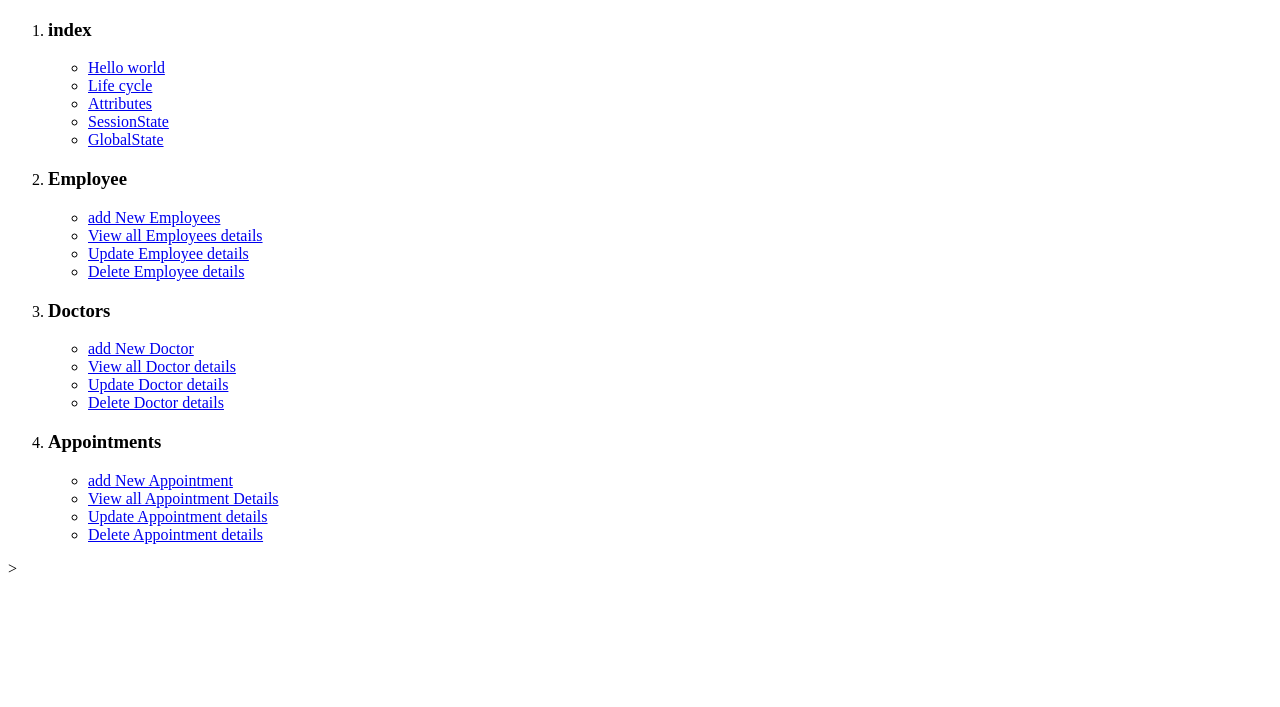
Repository: rameshraj97/Core-java
Page: firstWebsite/src/main/webapp/Index1.html
An editor plug-in stored every save of this project. The page is shown before and after the next save, followed by the edit.
The browser window is 1280 px wide. The pictures show the whole page.

Above is the page before, as saved 2022-05-23 09:53:55.

After the next save:
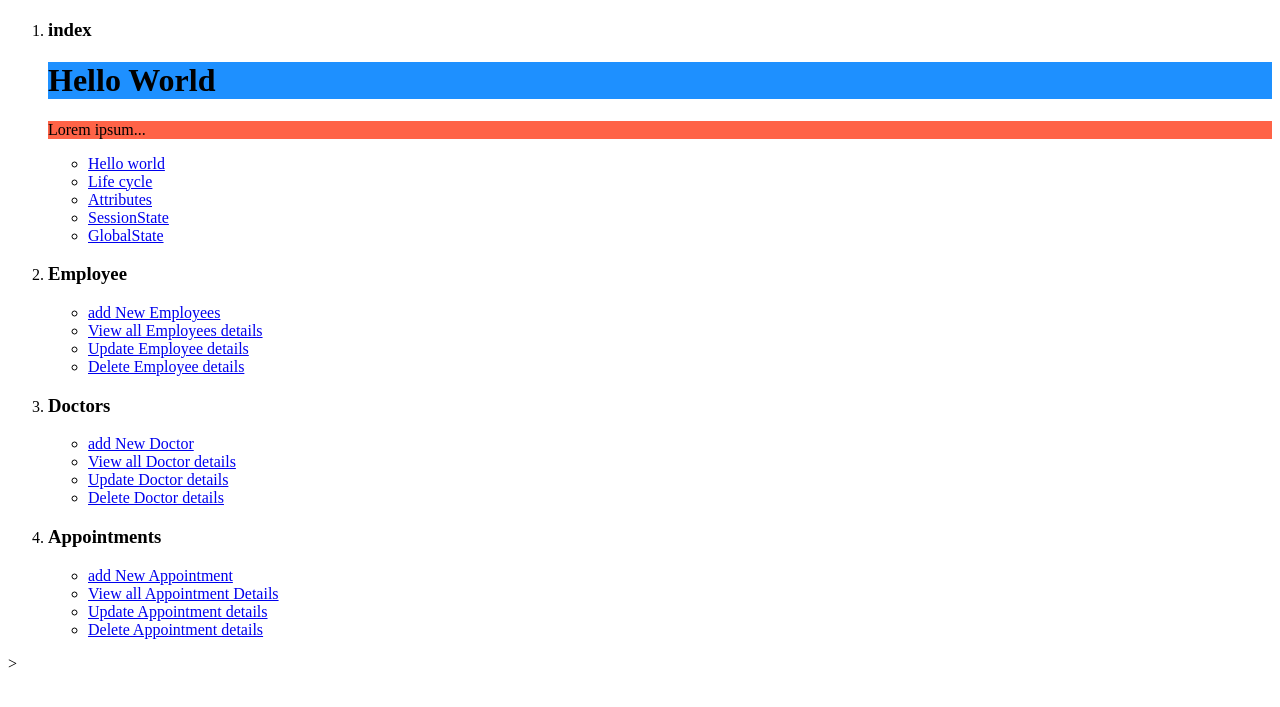
Saved 117 min 13 s later.
--- a/firstWebsite/src/main/webapp/Index1.html
+++ b/firstWebsite/src/main/webapp/Index1.html
@@ -7,6 +7,8 @@
 <body>
   <ol><!-- ordered list -->
   <li><h3>index</h3></li>
+           <h1 style="background-color:DodgerBlue;">Hello World</h1>
+           <p style="background-color:Tomato;">Lorem ipsum...</p>
           <ul>
          <li> <a href="/firstWebsite/HelloWorld">Hello world</a> </li>
          <li> <a href="/firstWebsite/LifeCycle">Life cycle</a> </li>
